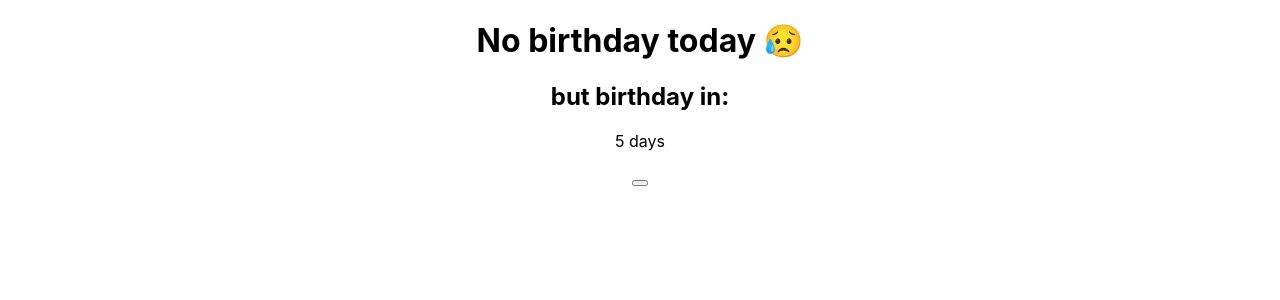
Repository: David-Waite/HannahsBirthdayWebsite
Page: /
The author's editor kept a copy of each file at every save. The page is drawn from the files as they stood at one save, then again after the next save.
The browser window is 1280 px wide. The pictures show the whole page.
The project was rebuilt for these pictures with package versions that can differ from the ones it lists, and the page was loaded fresh each time.

Above is the page before, as saved 2023-03-30 17:50:19.

After the next save:
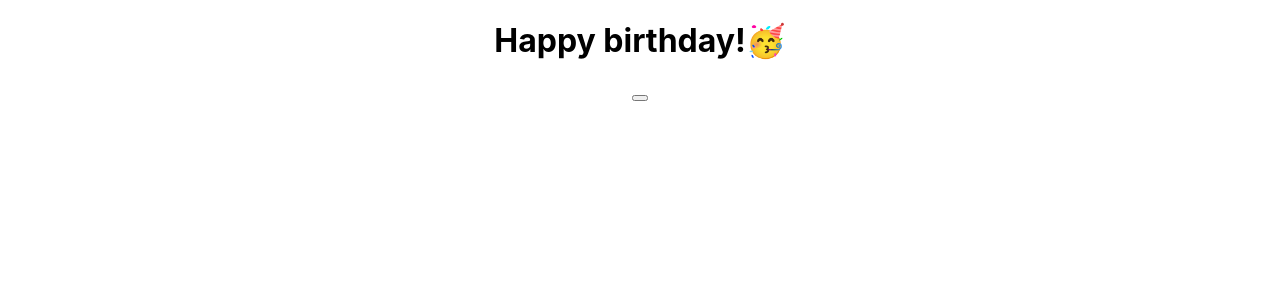
Saved 14 s later.
--- a/src/App.js
+++ b/src/App.js
@@ -16,7 +16,7 @@
   function isBirthdayToday() {
     const date = new Date();
 
-    if (date.getMonth() === 3 && date.getDate() === 5) {
+    if (date.getMonth() === 2 && date.getDate() === 30) {
       return true;
     }
     return false;

After the save that followed:
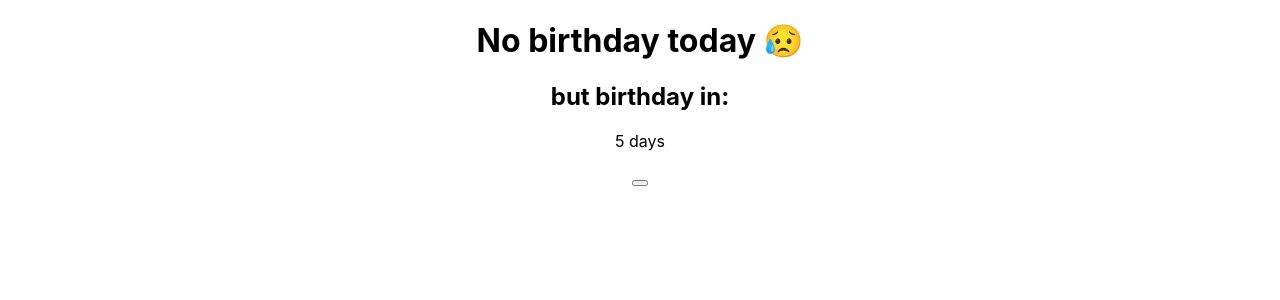
Saved 9 s later.
--- a/src/App.js
+++ b/src/App.js
@@ -16,7 +16,7 @@
   function isBirthdayToday() {
     const date = new Date();
 
-    if (date.getMonth() === 2 && date.getDate() === 30) {
+    if (date.getMonth() === 3 && date.getDate() === 5) {
       return true;
     }
     return false;
